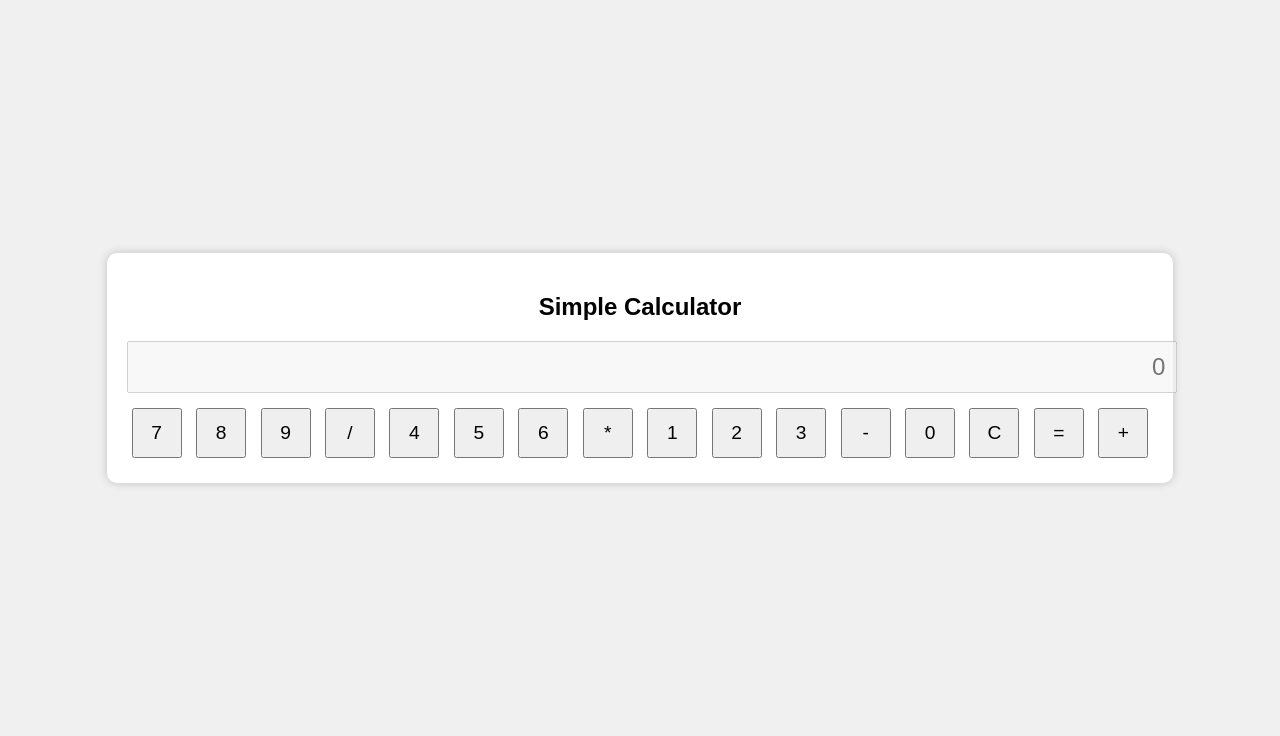
Repository: Meenakshi-commits/Day1_JS_Basics_Calculator
Page: index.html
The author's editor kept a copy of each file at every save. The page is drawn from the files as they stood at one save, then again after the next save.
The browser window is 1280 px wide. The pictures show the whole page.

Above is the page before, as saved 2025-10-06 12:56:14.

### index.html
<!DOCTYPE html>
<html lang="en">
<head>
    <meta charset="UTF-8">
    <meta name="viewport" content="width=device-width, initial-scale=1.0">
    <title>Simple Calculator</title>
    <link rel="stylesheet" href="styles.css">
    </head>
<body>
    <div class="calculator">
        <h2>Simple Calculator</h2>
        <input type="text" id="display" placeholder="0" disabled>
        <div class="buttons">
            <button class="num" data-num="7">7</button>
            <button class="num" data-num="8">8</button>
            <button class="num" data-num="9">9</button>
            <button class="op" data-op="/">/</button>

            <button class="num" data-num="4">4</button>
            <button class="num" data-num="5">5</button>
            <button class="num" data-num="6">6</button>
            <button class="op" data-op="*">*</button>

            <button class="num" data-num="1">1</button>
            <button class="num" data-num="2">2</button>
            <button class="num" data-num="3">3</button>
            <button class="op" data-op="-">-</button>

            <button class="num" data-num="0">0</button>
            <button id="clear">C</button>
            <button id="equals">=</button>
            <button class="op" data-op="+">+</button>
        </div>
    </div>
    <script src="script.js"></script>
    </body>
</html>

### styles.css
body {
    font-family: Arial, Helvetica, sans-serif;
    display: flex;
    justify-content: center;
    align-items: center;
    height:100vh ;
    background-color: #f0f0f0;
   }

.calculator {
  background: #fff;
  padding: 20px;
  border-radius: 10px;
  box-shadow: 0 0 10px rgba(0,0,0,0.2);
  text-align: center;
}
#display {
  width: 100%;
  padding: 10px;
  font-size: 1.5rem;
  margin-bottom: 10px;
  text-align: right;
}
button {
  width: 50px;
  height: 50px;
  margin: 5px;
  font-size: 1.2rem;
  cursor: pointer;
}
button:active {
  background-color: #ddd;
}

Loaded but not shown: script.js (no copy from this time; the picture is the same without it)

After the next save:
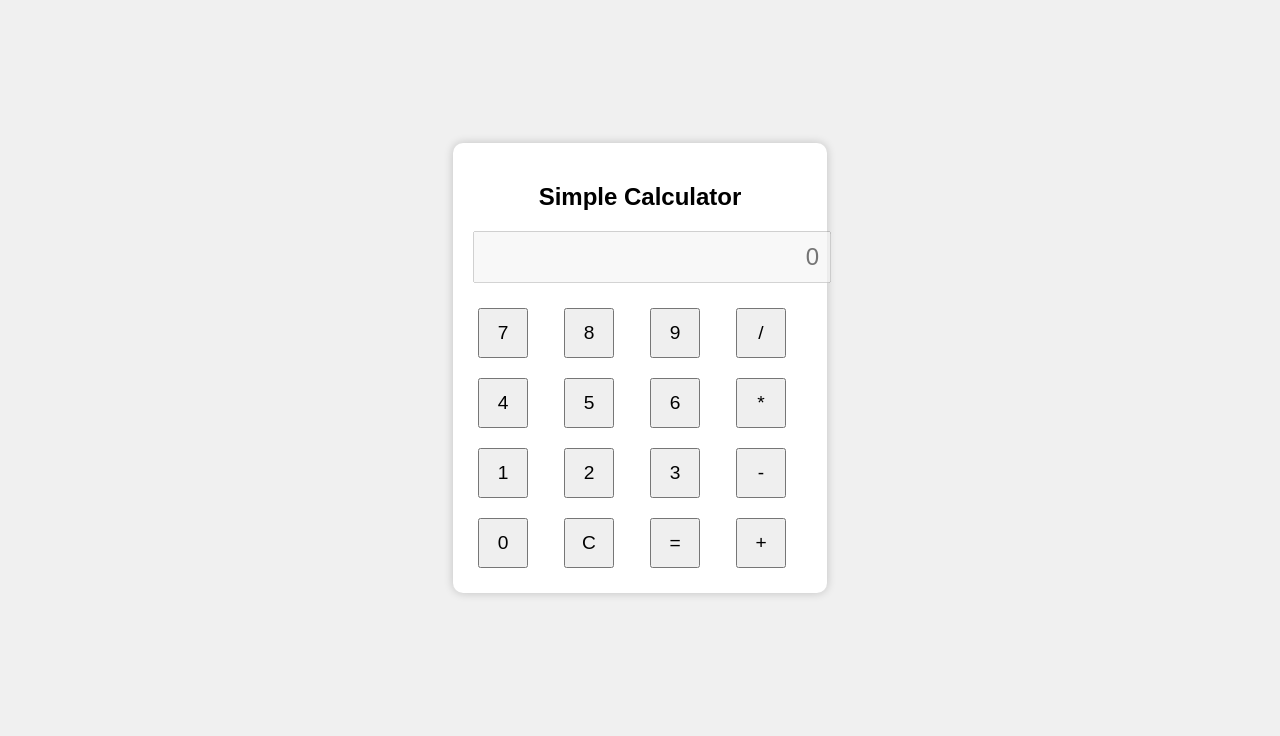
Saved 2 min 49 s later.
--- a/styles.css
+++ b/styles.css
@@ -31,3 +31,9 @@ button {
 button:active {
   background-color: #ddd;
 }
+.buttons {
+  display: grid;
+  grid-template-columns: repeat(4, 1fr);
+  gap: 10px;
+  margin-top: 10px;
+}
